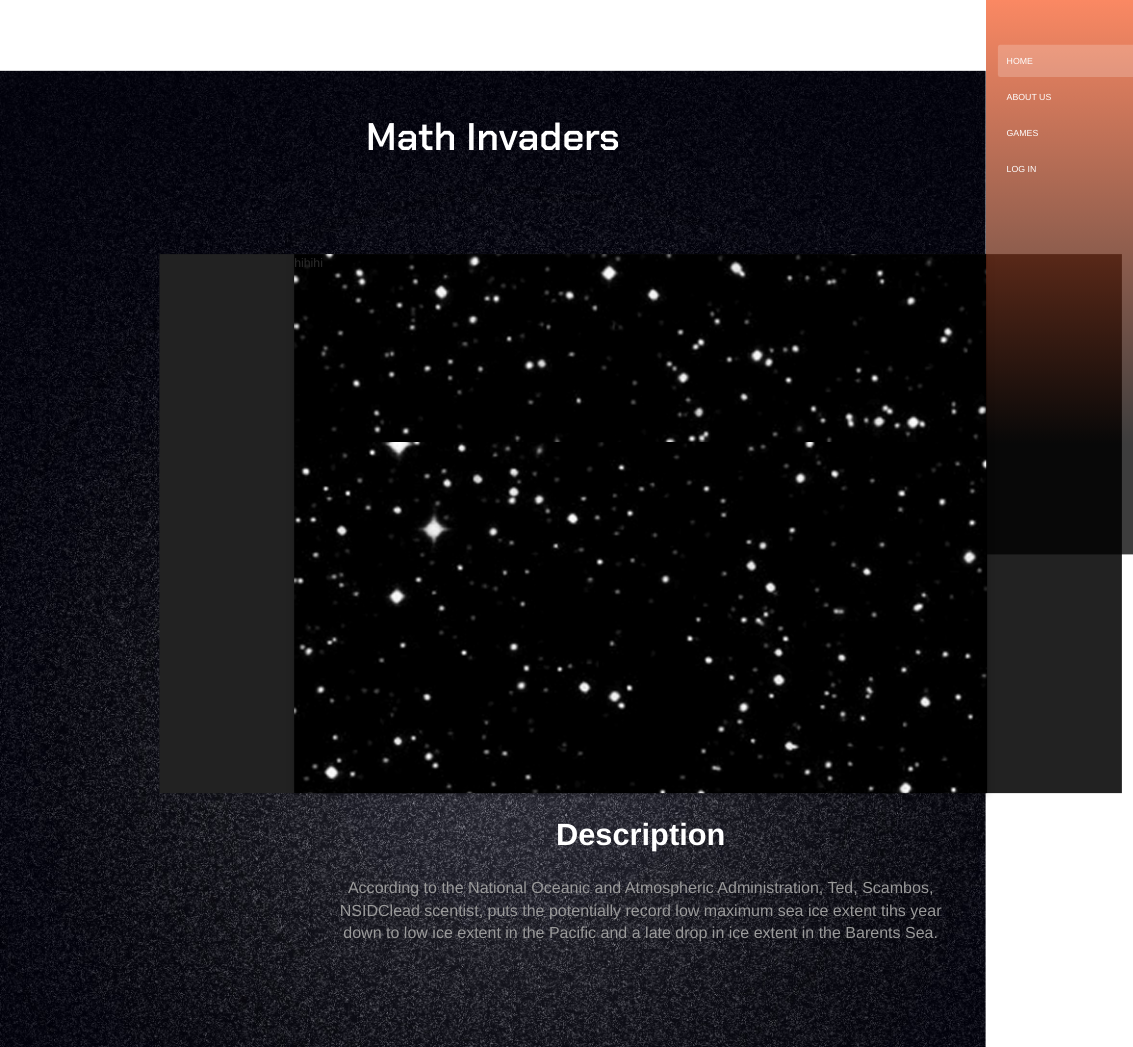
Repository: kkyler24/MathInvader
Page: index.html
These files come from the project's save history. The page is drawn as it stood at one moment and after the next save; the edit follows.
The browser window is 1280 px wide. The page is 1472 px wide, then 1400 px, so the pictures cover 1472 px, including what lies to the right of the window. The pictures show the whole page, at 77% of full size.
Some web libraries are served in a nearby version.

Above is the page before, as saved 2020-07-19 20:22:13.
Console error: TypeError: Cannot read properties of null (reading 'appendChild')

### index.html
<!DOCTYPE html>
<html lang="en">
  <head>
    <!-- Required meta tags -->
    <meta charset="utf-8" />
    <meta
      name="viewport"
      content="width=device-width, initial-scale=1, shrink-to-fit=no"
    />

    <!-- Bootstrap CSS -->
    <link
      rel="stylesheet"
      href="https://maxcdn.bootstrapcdn.com/bootstrap/4.0.0/css/bootstrap.min.css"
      integrity="sha384-Gn5384xqQ1aoWXA+058RXPxPg6fy4IWvTNh0E263XmFcJlSAwiGgFAW/dAiS6JXm"
      crossorigin="anonymous"
    />
    <link href="../assets/css/now-ui-kit.css?v=1.2.0" rel="stylesheet" />
    <link
      href="https://fonts.googleapis.com/css2?family=Chakra+Petch:wght@600&display=swap"
      rel="stylesheet"
    />
    <link href="./jsFolder/index.css" rel="stylesheet" />

    <title>Math Invaders</title>
  </head>
  <!-- Navbar -->
  <body class="burger-menu">
    <div id="mainBody">
      <nav
        id="marginb"
        class="navbar navbar-expand-lg fixed-top navbar-transparent"
      >
        <div class="container">
          <a class="navbar-brand" href="#">MCLA</a>
          <div class="separator separator-primary"></div>
          <button
            class="navbar-toggler"
            type="button"
            data-toggle="collapse"
            data-target="#navbarNav"
            aria-controls="navbarNav"
            aria-expanded="false"
            aria-label="Toggle navigation"
          >
            <span class="navbar-toggler-icon"></span>
          </button>
          <div class="collapse navbar-collapse" id="navbarNav">
            <ul class="navbar-nav">
              <li class="nav-item active">
                <a class="nav-link" href="#"
                  >Home <span class="sr-only">(current)</span></a
                >
              </li>
              <li class="nav-item">
                <a class="nav-link" href="#">About Us</a>
              </li>
              <li class="nav-item">
                <a class="nav-link" href="#">Games</a>
              </li>
              <li class="nav-item">
                <a class="nav-link" href="#">Log In</a>
              </li>
            </ul>
          </div>
        </div>
      </nav>
      <div id="wrapper">


      </div>
      <div id="backgroundSection" class="section section-about-us">
        <div class="content-center">
            <div class="container">
              <h1 id="titleG" class="title">Math Invaders</h1>
            </div>
          </div>
        <div class="containerM">
          <div class="section-story-overview">

            <div class="separator separator-primary"></div>
            <div class="game-wrapper">
<div id="Game" class="Game"> hihihi</div>
<div class="congratulations">
    <h1>Congratulations!</h1>
    <h2>You won the game</h2>
    <button class="btn" onclick="window.location.reload()">Restart</button>
              </div>
              <div class="game-over">
                <h1>GAME OVER</h1>
                <h2>You lost the game</h2>
                <button class="btn" onclick="window.location.reload()">Restart</button>
          </div>
                    </div>
                    <div class="separator separator-primary"></div>
                    <div class="row">
                        <div class="col-md-8 ml-auto mr-auto text-center">
                            <h2 class="title gameT">Description</h2>
                            <h5 class="description">According to the National Oceanic and Atmospheric Administration, Ted, Scambos, NSIDClead scentist, puts the potentially record low maximum sea ice extent tihs year down to low ice extent in the Pacific and a late drop in ice extent in the Barents Sea.</h5>
                        </div>
                    </div>
                </div>
            </div>
        </div>
    </div>
    </div>
</div>
    <!-- Optional JavaScript -->
    <!-- jQuery first, then Popper.js, then Bootstrap JS -->
    <script
      src="https://code.jquery.com/jquery-3.2.1.slim.min.js"
      integrity="sha384-KJ3o2DKtIkvYIK3UENzmM7KCkRr/rE9/Qpg6aAZGJwFDMVNA/GpGFF93hXpG5KkN"
      crossorigin="anonymous"
    ></script>
    <script
      src="https://cdnjs.cloudflare.com/ajax/libs/popper.js/1.12.9/umd/popper.min.js"
      integrity="sha384-ApNbgh9B+Y1QKtv3Rn7W3mgPxhU9K/ScQsAP7hUibX39j7fakFPskvXusvfa0b4Q"
      crossorigin="anonymous"
    ></script>
    <script
      src="https://maxcdn.bootstrapcdn.com/bootstrap/4.0.0/js/bootstrap.min.js"
      integrity="sha384-JZR6Spejh4U02d8jOt6vLEHfe/JQGiRRSQQxSfFWpi1MquVdAyjUar5+76PVCmYl"
      crossorigin="anonymous"
    ></script>

    <script
      src="../assets/js/now-ui-kit.js?v=1.2.0"
      type="text/javascript"
    ></script>
    <script src="./jsFolder/Aliens.js"></script>
    <script src="./jsFolder/tokens.js"></script>
    <script src="./jsFolder/game.js"></script>
  </body>
</html>

### jsFolder/index.css
html,
body {
  height: 100%;
  margin: 0;
  font-size: 16px;
  columns: #222b3f;
}
/*  navbar*/

.navbar.navbar-transparent {
  background-color: transparent !important;
  box-shadow: none;
  color: #fff;
  padding-top: 20px !important;
}

.fixed-top {
  position: fixed;
  top: 0;
  right: 0;
  left: 0;
  z-index: 1030;
}
#navbarNav {
  justify-content: flex-end;
}

#marginb {
  margin-bottom: 20px !important;
}
.navbar {
  position: relative;
  display: flex;
  flex-wrap: wrap;
  align-items: center;
  justify-content: space-between;
  padding: 0.5rem 1rem;
  padding-top: 0.625rem;
  padding-bottom: 0.625rem;
  min-height: 53px;
}

a {
  color: #222b3f;
  text-decoration: none;
  background-color: transparent;
}

.containerM {
  width: 100%;
  padding-right: 15px;
  padding-left: 15px;
  margin-right: 15%;
  margin-left: 15%;
}

.button-dropdown {
  padding-right: 0.7rem;
  cursor: pointer;
}

.navbar.navbar-transparent {
  background-color: transparent !important;
  color: #fff;
}

.dropdown {
  position: relative;
}

.navbar > .container {
  display: flex;
  flex-wrap: wrap;
  align-items: center;
  justify-content: space-between;
}

.gameT {
  color: #fff;
}
#titleG {
  font-family: "Chakra Petch", sans-serif;
  font-size: 50px;
  font-weight: 700;
  padding-top: 30px;
}
/*  container */

.page-header.page-header-small {
  min-height: 60vh;
  max-height: 440px;
}

.page-header {
  padding: 0;
  color: #fff;
  position: relative;
  overflow: hidden;
}

.page-header .page-header-image {
  position: absolute;
  background-size: cover;
  background-position: 50%;
  width: 100%;
  height: 100%;
  z-index: -1;
}

.navbar-toggler:not(:disabled):not(.disabled) {
  cursor: pointer;
}

.content-center {
  position: relative;
  top: 50%;
  left: 50%;
  z-index: 2;
  transform: translate(-50%, -50%);
  text-align: center;
  color: #fff;
  padding: 0 15px;
  width: 100%;
  max-width: 880px;
}

.text-center {
  text-align: center !important;
}

.page-header .container {
  height: 100%;
  z-index: 1;
  text-align: center;
  position: relative;
}

.section {
  padding: 70px 0;
  position: relative;
  background: #fff;
}

.row {
  display: flex;
  flex-wrap: wrap;
  margin-right: -15px;
  margin-left: -15px;
}

.ml-auto,
.mx-auto {
  margin-left: auto !important;
}
.mr-auto,
.mx-auto {
  margin-right: auto !important;
}

.col-md-8 {
  position: relative;
  width: 100%;
  padding-right: 15px;
  padding-left: 15px;
}
h2 {
  margin-bottom: 30px;
  line-height: 1.2;
}

#backgroundSection {
  background-image: url("./pictures/MathApics/spaceship/blackmatte.jpg");
  background-repeat: no-repeat;
  background-size: cover;
  width: 100%;
  height: auto;
}

/* Game */

#Game {
  width: 900px;
  height: 700px;
  background: url("/jsFolder/pictures/MathApics/spaceship/blackskybackground.jpg");
  animation: scroll-background 6s linear infinite;
  box-shadow: 0 2px 10px rgba(0, 0, 0, 0.2);
  position: relative;
}

.wrap {
  display: flex;
  flex-direction: column;
  height: 100%;
}

.game-wrapper {
  flex: 1;
  display: flex;
  justify-content: center;
  align-items: center;
  background: #222;
}

.game .enemy {
  position: absolute;
  margin-left: -20px;
  margin-top: -18px;
  width: 40px;
}

.game .player {
  position: absolute;
  margin-left: -20px;
  width: 40px;
}

.game .laser {
  position: absolute;
  margin-left: -2.5px;
  height: 30px;
}

.game .enemy-laser {
  position: absolute;
  margin-left: -2.5px;
  height: 30px;
}

.congratulations {
  display: none;
  position: absolute;
  background: #c7a526;
  color: white;
  padding: 20px 50px;
  box-shadow: 0 2px 10px rgba(0, 0, 0, 0.2);
  border-radius: 10px;
  text-align: center;
  animation: pop-in 1s;
}

.game-over {
  display: none;
  position: absolute;
  background: #6b1818;
  color: white;
  padding: 20px 50px;
  box-shadow: 0 2px 10px rgba(0, 0, 0, 0.2);
  border-radius: 10px;
  text-align: center;
  animation: pop-in 1s;
}

@keyframes scroll-background {
  from {
    background-position-y: 0px;
  }
  to {
    background-position-y: 256px;
  }
}

@keyframes pop-in {
  0% {
    opacity: 0;
    transform: translate(0, -100px);
  }
  10% {
    opacity: 1;
  }
  50% {
    transform: translate(0, 30px);
  }
  100% {
    transform: translate(0, 0);
  }
}

/* media Queries */

@media (min-width: 768px) {
  .col-md-8 {
    flex: 0 0 66.666667%;
    max-width: 66.666667%;
  }
}
@media (min-width: 768px) {
  .container {
    max-width: 720px;
  }
}

@media (min-width: 992px) {
  .navbar-expand-lg .navbar-toggler {
    display: none;
  }
}

@media (max-width: 991.98px) {
  .navbar-expand-lg > .container {
    padding-right: 0;
    padding-left: 0;
  }
}

@media (min-width: 768px) {
  .container {
    max-width: 720px;
  }
}

@media screen and (max-width: 991px) {
  .button-dropdown {
    display: none;
  }
}

@media (min-width: 992px) {
  .navbar-expand-lg .navbar-toggler {
    display: none;
  }
}

@media screen and (max-width: 991px) {
  .sidebar-collapse .wrapper {
    transition: all 0.5s cubic-bezier(0.685, 0.0473, 0.346, 1);
  }
}

### jsFolder/UIAssets/now-ui-kit-master/assets/js/now-ui-kit.js
/*!

 =========================================================
 * Now UI Kit - v1.3.0
 =========================================================

 * Product Page: https://www.creative-tim.com/product/now-ui-kit
 * Copyright 2019 Creative Tim (http://www.creative-tim.com)

 * Designed by www.invisionapp.com Coded by www.creative-tim.com

 =========================================================

 * The above copyright notice and this permission notice shall be included in all copies or substantial portions of the Software.

 */


var transparent = true;
var big_image;

var transparentDemo = true;
var fixedTop = false;

var navbar_initialized,
  backgroundOrange = false,
  toggle_initialized = false;

var nowuiKit,
  $navbar,
  scroll_distance,
  oVal;

$(document).ready(function() {
  //  Activate the Tooltips
  $('[data-toggle="tooltip"], [rel="tooltip"]').tooltip();

  // Activate Popovers and set color for popovers
  $('[data-toggle="popover"]').each(function() {
    color_class = $(this).data('color');
    $(this).popover({
      template: '<div class="popover popover-' + color_class + '" role="tooltip"><div class="arrow"></div><h3 class="popover-header"></h3><div class="popover-body"></div></div>'
    });
  });

  // Activate the image for the navbar-collapse
  nowuiKit.initNavbarImage();

  $navbar = $('.navbar[color-on-scroll]');
  scroll_distance = $navbar.attr('color-on-scroll') || 500;

  // Check if we have the class "navbar-color-on-scroll" then add the function to remove the class "navbar-transparent" so it will transform to a plain color.

  if ($('.navbar[color-on-scroll]').length != 0) {
    nowuiKit.checkScrollForTransparentNavbar();
    $(window).on('scroll', nowuiKit.checkScrollForTransparentNavbar)
  }

  $('.form-control').on("focus", function() {
    $(this).parent('.input-group').addClass("input-group-focus");
  }).on("blur", function() {
    $(this).parent(".input-group").removeClass("input-group-focus");
  });

  // Activate bootstrapSwitch
  $('.bootstrap-switch').each(function() {
    $this = $(this);
    data_on_label = $this.data('on-label') || '';
    data_off_label = $this.data('off-label') || '';

    $this.bootstrapSwitch({
      onText: data_on_label,
      offText: data_off_label
    });
  });

  if ($(window).width() >= 992) {
    big_image = $('.page-header-image[data-parallax="true"]');

    $(window).on('scroll', nowuiKitDemo.checkScrollForParallax);
  }

  // Activate Carousel
  $('.carousel').carousel({
    interval: 4000
  });

  $('.date-picker').each(function() {
    $(this).datepicker({
      templates: {
        leftArrow: '<i class="now-ui-icons arrows-1_minimal-left"></i>',
        rightArrow: '<i class="now-ui-icons arrows-1_minimal-right"></i>'
      }
    }).on('show', function() {
      $('.datepicker').addClass('open');

      datepicker_color = $(this).data('datepicker-color');
      if (datepicker_color.length != 0) {
        $('.datepicker').addClass('datepicker-' + datepicker_color + '');
      }
    }).on('hide', function() {
      $('.datepicker').removeClass('open');
    });
  });


});

// Javascript just for Demo purpose, remove it from your project
nowuiKitDemo = {
  checkScrollForParallax: debounce(function() {
    var current_scroll = $(this).scrollTop();

    oVal = ($(window).scrollTop() / 3);
    big_image.css({
      'transform': 'translate3d(0,' + oVal + 'px,0)',
      '-webkit-transform': 'translate3d(0,' + oVal + 'px,0)',
      '-ms-transform': 'translate3d(0,' + oVal + 'px,0)',
      '-o-transform': 'translate3d(0,' + oVal + 'px,0)'
    });

  }, 6)

}

// Returns a function, that, as long as it continues to be invoked, will not
// be triggered. The function will be called after it stops being called for
// N milliseconds. If `immediate` is passed, trigger the function on the
// leading edge, instead of the trailing.

function debounce(func, wait, immediate) {
  var timeout;
  return function() {
    var context = this,
      args = arguments;
    clearTimeout(timeout);
    timeout = setTimeout(function() {
      timeout = null;
      if (!immediate) func.apply(context, args);
    }, wait);
    if (immediate && !timeout) func.apply(context, args);
  };
};

$(window).on('resize', function() {
  nowuiKit.initNavbarImage();
});

$(document).on('click', '.navbar-toggler', function() {
  $toggle = $(this);

  if (nowuiKit.misc.navbar_menu_visible == 1) {
    $('html').removeClass('nav-open');
    nowuiKit.misc.navbar_menu_visible = 0;
    $('#bodyClick').remove();
    setTimeout(function() {
      $toggle.removeClass('toggled');
    }, 550);
  } else {
    setTimeout(function() {
      $toggle.addClass('toggled');
    }, 580);
    div = '<div id="bodyClick"></div>';
    $(div).appendTo('body').click(function() {
      $('html').removeClass('nav-open');
      nowuiKit.misc.navbar_menu_visible = 0;
      setTimeout(function() {
        $toggle.removeClass('toggled');
        $('#bodyClick').remove();
      }, 550);
    });

    $('html').addClass('nav-open');
    nowuiKit.misc.navbar_menu_visible = 1;
  }
});

nowuiKit = {
  misc: {
    navbar_menu_visible: 0
  },

  checkScrollForTransparentNavbar: debounce(function() {
    if ($(document).scrollTop() > scroll_distance) {
      if (transparent) {
        transparent = false;
        $('.navbar[color-on-scroll]').removeClass('navbar-transparent');
      }
    } else {
      if (!transparent) {
        transparent = true;
        $('.navbar[color-on-scroll]').addClass('navbar-transparent');
      }
    }
  }, 17),

  initNavbarImage: function() {
    var $navbar = $('.navbar').find('.navbar-translate').siblings('.navbar-collapse');
    var background_image = $navbar.data('nav-image');

    if (background_image != undefined) {
      if ($(window).width() < 991 || $('body').hasClass('burger-menu')) {
        $navbar.css('background', "url('" + background_image + "')")
          .removeAttr('data-nav-image')
          .css('background-size', "cover")
          .addClass('has-image');
      } else {
        $navbar.css('background', "")
          .attr('data-nav-image', '' + background_image + '')
          .css('background-size', "")
          .removeClass('has-image');
      }
    }
  },

  initSliders: function() {
    // Sliders for demo purpose in refine cards section
    var slider = document.getElementById('sliderRegular');

    noUiSlider.create(slider, {
      start: 40,
      connect: [true, false],
      range: {
        min: 0,
        max: 100
      }
    });

    var slider2 = document.getElementById('sliderDouble');

    noUiSlider.create(slider2, {
      start: [20, 60],
      connect: true,
      range: {
        min: 0,
        max: 100
      }
    });
  }
}

// Javascript just for Demo purpose, remove it from your project
nowuiKitDemo = {
  checkScrollForParallax: debounce(function() {
    var current_scroll = $(this).scrollTop();

    oVal = ($(window).scrollTop() / 3);
    big_image.css({
      'transform': 'translate3d(0,' + oVal + 'px,0)',
      '-webkit-transform': 'translate3d(0,' + oVal + 'px,0)',
      '-ms-transform': 'translate3d(0,' + oVal + 'px,0)',
      '-o-transform': 'translate3d(0,' + oVal + 'px,0)'
    });

  }, 6)

}

// Returns a function, that, as long as it continues to be invoked, will not
// be triggered. The function will be called after it stops being called for
// N milliseconds. If `immediate` is passed, trigger the function on the
// leading edge, instead of the trailing.

function debounce(func, wait, immediate) {
  var timeout;
  return function() {
    var context = this,
      args = arguments;
    clearTimeout(timeout);
    timeout = setTimeout(function() {
      timeout = null;
      if (!immediate) func.apply(context, args);
    }, wait);
    if (immediate && !timeout) func.apply(context, args);
  };
};

### jsFolder/game.js
const GAME_WIDTH = 900;
const GAME_HEIGHT = 700;

const KEY_CODE_LEFT = 37;
const KEY_CODE_RIGHT = 39;
const KEY_CODE_SPACE = 32;

// contains entire state of game which included position of player, lasers and enemies on screen.
const GAME_STATE = {
  playerX: 0,
  playerY: 0,
};

function setPosition($el, x, y) {
  $el.style.transform = `translate(${x}px, ${y}px)`;
}

function createPlayer($container) {
  // position of player in middle of screen you can reference the global var of gamewidth like you did below, for future refrence. this will keep the palyer on the game board.
  GAME_STATE.playerX = GAME_WIDTH / 2;
  GAME_STATE.playerY = GAME_HEIGHT - 50;
  const $player = document.createElement("img");
  $player.src = "/jsFolder/pictures/MathApics/spaceship/spaceship.png";
  $player.className = "player";
  $container.appendChild($player);
  setPosition($player, GAME_STATE.playerX, GAME_STATE.playerY);
}

// initializes players and function of the game
function init() {
  const $container = document.querySelector(".game");
  createPlayer($container);
}

init();
window.addEventListener("keydown", onKeyDown);

Loaded but not shown: jsFolder/UIAssets/now-ui-kit-master/assets/css/now-ui-kit.css (library); jsFolder/Aliens.js (empty); jsFolder/tokens.js (empty)

After the next save:
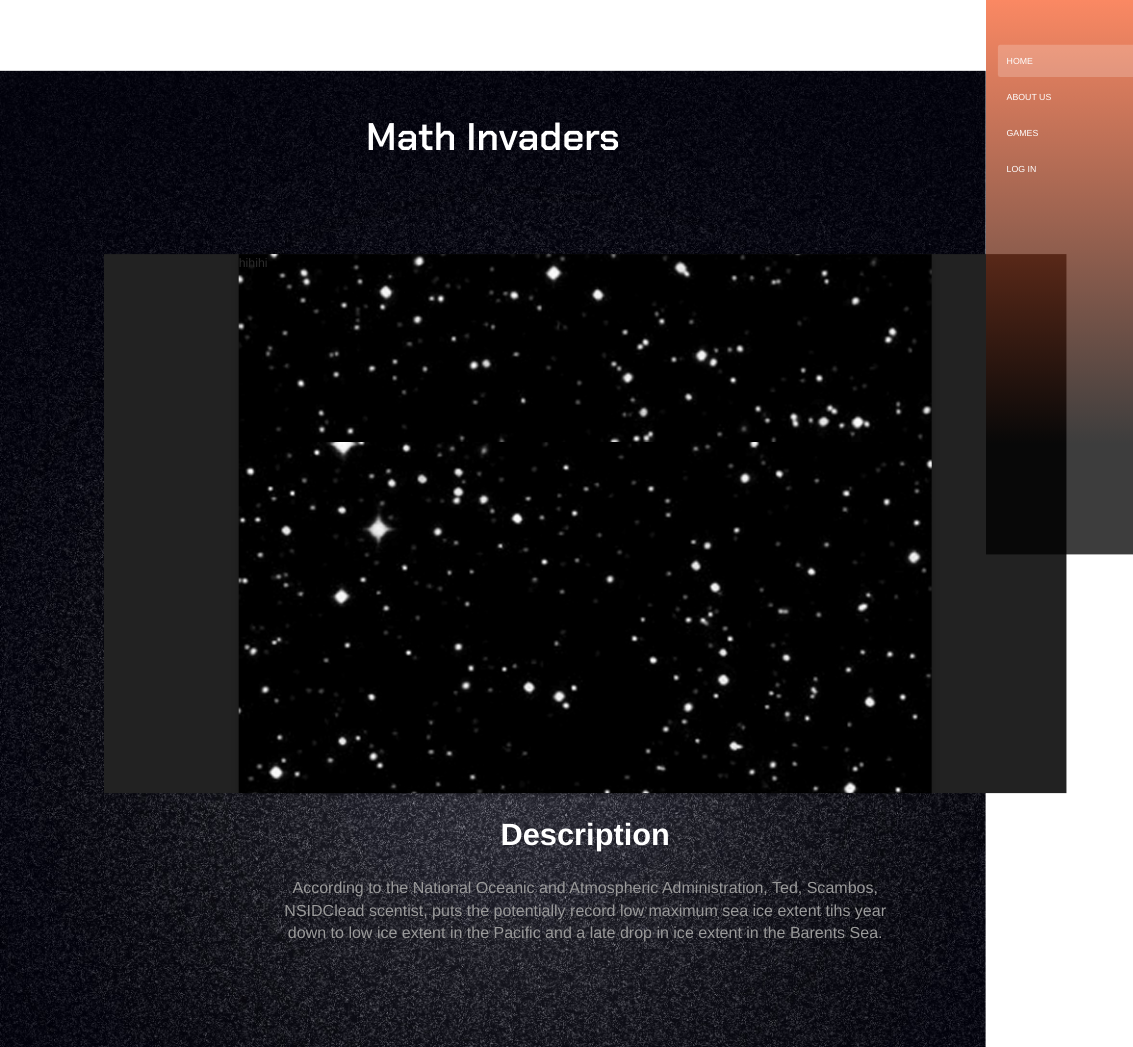
Saved 24 s later.
--- a/jsFolder/index.css
+++ b/jsFolder/index.css
@@ -50,8 +50,8 @@ a {
   width: 100%;
   padding-right: 15px;
   padding-left: 15px;
-  margin-right: 15%;
-  margin-left: 15%;
+  margin-right: 120px;
+  margin-left: 120px;
 }
 
 .button-dropdown {
